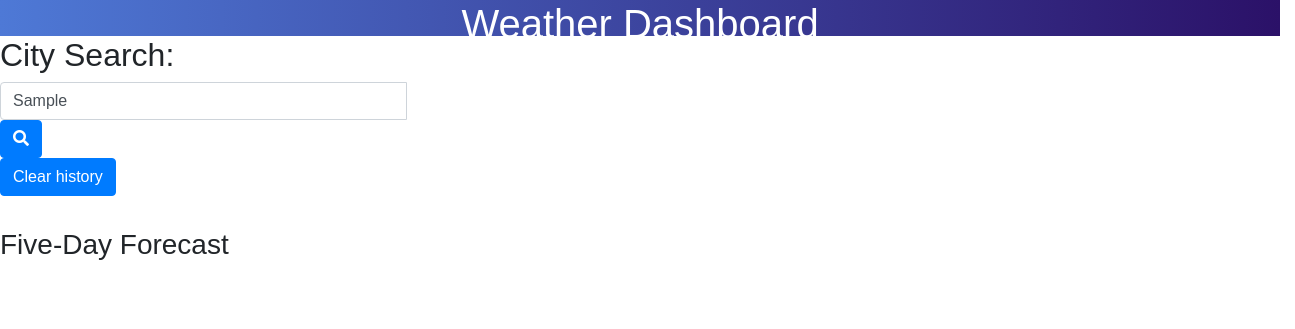
Repository: brenhamp/weather-dashboard
Page: index.html
The author's editor kept a copy of each file at every save. The page is drawn from the files as they stood at one save, then again after the next save.
The browser window is 1280 px wide. The page is 1295 px wide, so the pictures cover 1295 px, including what lies to the right of the window. The pictures show the whole page.
Empty fields were first filled with sample values (such as "Sample", 5 or name@example.com).
After loading, the first visible `#search-button` was clicked once.
The page's requests for data from a server got no answer. Some web libraries are served in a nearby version.

Above is the page before, as saved 2021-12-12 19:55:47.
Console error (its wording comes from the project's code and is left out).

### index.html
<!DOCTYPE html>
<html lang="en">
<head>
    <meta charset="UTF-8">
    <meta http-equiv="X-UA-Compatible" content="IE=edge">
    <meta name="viewport" content="width=device-width, initial-scale=1.0">
    <link rel="stylesheet" href="./assets/css/style.css">
    <link rel="stylesheet" href="https://stackpath.bootstrapcdn.com/bootstrap/4.3.1/css/bootstrap.min.css" crossorigin="anonymous">
    <link rel="stylesheet" href="https://cdnjs.cloudflare.com/ajax/libs/font-awesome/5.11.2/css/all.min.css">
    <title>Weather Dashboard</title>
</head>
<body>
    <header class="hero">
        <h1>Weather Dashboard</h1>
    </header>

    <div class="row">
        <div class="col-lg-4">
            <h2>City Search:</h2>
            <div class="input-group">
                <input id="city-input" type="text" class="form-control" placeholder="Enter a city" aria-label="Enter a city">
                <div class="input-group append">
                    <button class="btn btn-primary" type="button" id="search-button">
                        <i class="fas fa-search"></i>
                    </button>
                </div>
            </div>
            <button class="btn btn-primary" type="button" id="clear-history">Clear history</button>
            <form id="history"></form>
        </div>
        <div class="col-lg-9">
            <div class="row">
                <div id="todays-weather">
                    <div>
                        <h3 id="city-name" class="city-name">
                        </h3>
                        <img id="sky">
                        <div id="temperature"></div>
                        <div id="humidity"></div>
                        <div id="wind"></div>
                        <div id="UV"></div>
                    </div>
                </div>
            </div>
            <div id="5-day-forecast">
                <h3>Five-Day Forecast</h3>

                <div class="row">
                    <div class="forecast"></div>
                    <div class="forecast"></div>
                    <div class="forecast"></div>
                    <div class="forecast"></div>
                    <div class="forecast"></div>
                </div>

            </div>
        </div>
    </div>


    <script src="https://unpkg.com/axios/dist/axios.min.js"></script>
    <script src="./assets/js/script.js"></script>

</body>
</html>

### assets/css/style.css
* {
    font-family: Arial, Helvetica, sans-serif;
}

.hero {
    background-image: linear-gradient(to right, rgb(78, 121, 214), rgb(43, 17, 104));
    height: 5vh;
    text-align: center;
    margin: auto;
    line-height: 5vh;
    color: white
}

h1 {
    line-height: inherit;
}

### assets/js/script.js
function weatherDashboard() {
    //define HTML elements
const city = document.getElementById("city-input");
const search = document.getElementById("search-button");
const clear = document.getElementById("clear-history");
const cityName = document.getElementById("city-name");
const sky = document.getElementById("sky");
const temp = document.getElementById("temperature");
const humidity = document.getElementById("humidity");
const wind = document.getElementById("wind-speed");
const uv = document.getElementById("UV-index");
const history = document.getElementById("history");
const forecast = document.getElementById("five-day-forecast");
const todaysWeather = document.getElementById("todays-weather");
    //my API key from OpenWeather
    apiKey = "4f9f2b98f7dbd0bd303f0561775c2890";

    function getWeather(cityName) {
        let queryURL = "https://api.openweathermap.org/data/2.5/weather?q=" + cityName + "&appid=" + apiKey;
        axios.get(queryURL)
        .then(function(response) {
            todaysWeather.classList.remove("d-none");

            currentDate = new Date(response.data.dt * 1000);
            day = currentDate.getDate();
            month = currentDate.getMonth() + 1;
            year = currentDate.getYear();

            cityName.innerHTML = response.data.name + " (" + month + "/" + day + "/" + year +")";

            let weatherPic = response.data.weather[0].icon;
            sky.setAttribute("src", "https://openweathermap.org/img/wn/" + weatherPic + "@2x.png");
            sky.setAttribute("alt", response.data.weather[0].description);
            temp.innerHTML = "Temperature: " + k2f(response.data.main.temp) + " &#176F";
            humidity.innerHTML = "Humidity: " + response.data.main.humidity + "%";
            wind.innerHTML = "Wind Speed: " + response.data.wind.speed + " MPH";

            console.log(response);

            let lat = response.data.coord.lat;
            let lon = response.data.coord.lon;
            let UVQueryURL = "https://api.openweathermap.org/data/2.5/uvi/forecast?lat=" + lat + "&lon=" + lon + "&appid=" + apiKey + "&cnt=1";
            axios.get(UVQueryURL)
                .then(function (response) {
                    let UVIndex = document.createElement("span");

                    if (response.data[0].value < 4 ) {
                        UVIndex.setAttribute("class", "badge badge-success");
                    }
                    else if (response.data[0].value < 8) {
                        UVIndex.setAttribute("class", "badge badge-warning");
                    }
                    else {
                        UVIndex.setAttribute("class", "badge badge-danger");
                    }
                    UVIndex.innerHTML = response.data[0].value;
                    uv.innerHTML = "UV Index: ";
                    uv.append(UVIndex);
        });

           // Get 5 day forecast for this city
           let cityID = response.data.id;
           let forecastQueryURL = "https://api.openweathermap.org/data/2.5/forecast?id=" + cityID + "&appid=" + APIKey;
           axios.get(forecastQueryURL)
               .then(function (response) {
                   forecast.classList.remove("d-none");

                       //  Parse response to display forecast for next 5 days
                       const forecastEls = document.querySelectorAll(".forecast");
                       for (i = 0; i < forecastEls.length; i++) {
                           forecastEls[i].innerHTML = "";
                           const forecastIndex = i * 8 + 4;
                           const forecastDate = new Date(response.data.list[forecastIndex].dt * 1000);
                           const forecastDay = forecastDate.getDate();
                           const forecastMonth = forecastDate.getMonth() + 1;
                           const forecastYear = forecastDate.getFullYear();
                           const forecastDateEl = document.createElement("p");
                           forecastDateEl.setAttribute("class", "mt-3 mb-0 forecast-date");
                           forecastDateEl.innerHTML = forecastMonth + "/" + forecastDay + "/" + forecastYear;
                           forecastEls[i].append(forecastDateEl);

                           // Icon for current weather
                           const forecastWeatherEl = document.createElement("img");
                           forecastWeatherEl.setAttribute("src", "https://openweathermap.org/img/wn/" + response.data.list[forecastIndex].weather[0].icon + "@2x.png");
                           forecastWeatherEl.setAttribute("alt", response.data.list[forecastIndex].weather[0].description);
                           forecastEls[i].append(forecastWeatherEl);
                           const forecastTempEl = document.createElement("p");
                           forecastTempEl.innerHTML = "Temp: " + k2f(response.data.list[forecastIndex].main.temp) + " &#176F";
                           forecastEls[i].append(forecastTempEl);
                           const forecastHumidityEl = document.createElement("p");
                           forecastHumidityEl.innerHTML = "Humidity: " + response.data.list[forecastIndex].main.humidity + "%";
                           forecastEls[i].append(forecastHumidityEl);
                       }
                    })
    });
}

    let searchHistory = JSON.parse(localStorage.getItem("search")) || [];

    function renderSearchHistory () {
        history.innerHTML = "";
        for (let i = 0; i < searchHistory.length; i++) {
            const historyEl = document.createElement("input");
            Object.assign(historyEl, {
                type: "text",
                readonly: true,
                class: "form-control",
                value: searchHistory[i],
            });
            historyEl.addEventListener("click", function() {
                getWeather(historyEl.value);
            })
            historyEl.append(historyEl);
        }
    }

    renderSearchHistory();

    search.addEventListener("click", function () {
        searchTerm = city.value;
        getWeather(searchTerm);
        searchHistory.push(searchTerm);
        localStorage.setItem("search", JSON.stringify(searchHistory));
        renderSearchHistory();
    })

    clear.addEventListener("click", function () {
        localStorage.clear();
        searchHistory = [];
        renderSearchHistory();
    })


};

weatherDashboard ();

After the next save:
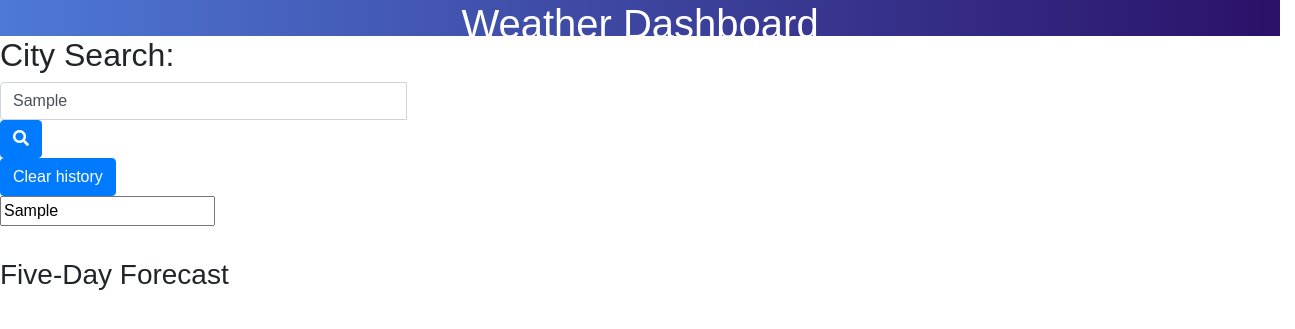
Console error (its wording comes from the project's code and is left out).
Saved 51 s later.
--- a/assets/js/script.js
+++ b/assets/js/script.js
@@ -110,7 +110,7 @@ const todaysWeather = document.getElementById("todays-weather");
             historyEl.addEventListener("click", function() {
                 getWeather(historyEl.value);
             })
-            historyEl.append(historyEl);
+            history.append(historyEl);
         }
     }
 
